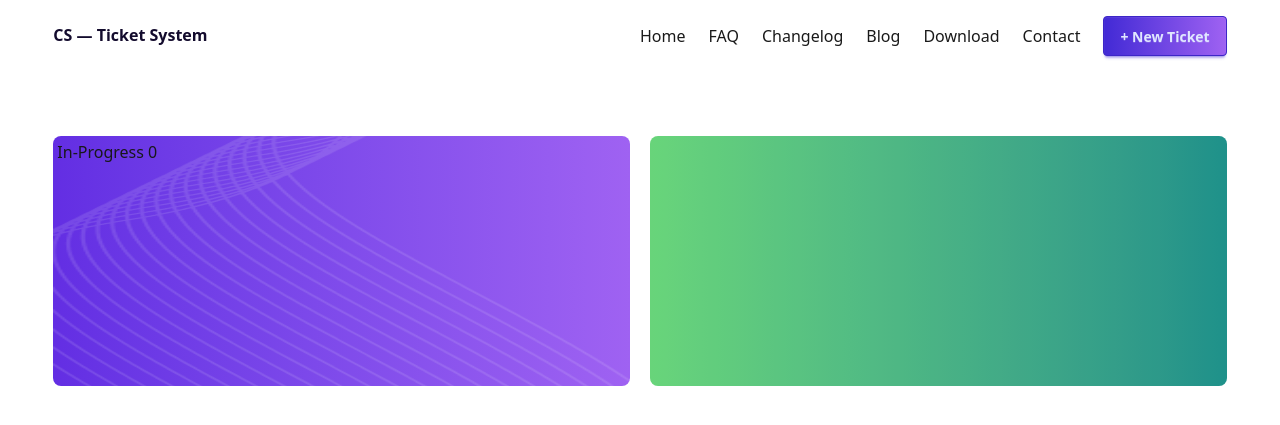
Repository: SanjidaSnigdha/Customer-Support-Zone
Page: /
The author's editor kept a copy of each file at every save. The page is drawn from the files as they stood at one save, then again after the next save.
The browser window is 1280 px wide. The pictures show the whole page.
The project was rebuilt for these pictures with package versions that can differ from the ones it lists, and the page was loaded fresh each time. Also part of the build but not shown: vite.config.js, src/App.css.

Above is the page before, as saved 2026-03-24 02:04:18.

### index.html
<!doctype html>
<html lang="en">
  <head>
    <meta charset="UTF-8" />
    <link rel="icon" type="image/svg+xml" href="/favicon.svg" />
    <meta name="viewport" content="width=device-width, initial-scale=1.0" />
    <title>customer-support-zone</title>
  </head>
  <body>
    <div id="root"></div>
    <script type="module" src="/src/main.jsx"></script>
  </body>
</html>

### src/index.css
 @import "tailwindcss";
 @plugin "daisyui" {
  themes: light --default, dark --prefersdark;
  themes: light --default;
 }

### src/App.jsx
import { useState } from 'react'
import './App.css'
import Navbar from './component/Navbar/Navbar'
import Banner from './component/Banner/Banner'

function App() {
  const [count, setCount] = useState(0)

  return (
    <>
   <Navbar></Navbar>
   <Banner></Banner>
    </>
  )
}

export default App

### src/component/Navbar/Navbar.jsx
import React from 'react';

const Navbar = () => {
    return (
        <div className='flex justify-between w-11/12 mx-auto mt-4'>
            <div className='navbar-start'>
                <h1 className='w-[833px] h-[26px] font-bold text-[#130B2D]'>CS — Ticket System</h1>
            </div>
            <div className='navbar-end justify-between gap-3 text-[#000000]/90'>
                <a>Home</a>
                <a>FAQ</a>
                <a>Changelog</a>
                <a>Blog</a>
                <a>Download</a>
                <a>Contact</a>
         <button className='btn btn-primary bg-gradient-to-r from [#632EE3] to-[#9F62F2]'>+ New Ticket</button>
            </div>
        </div>
    );
};

export default Navbar;

### src/component/Banner/Banner.jsx
import React from 'react';
import vectorImg1 from '../../assets/vector1.png'
import vectorImg2 from '../../assets/vector2.png'

const Banner = () => {
    return (
        <div className='flex justify-between w-11/12 mx-auto mt-20 gap-5'>
            <div className='relative'>
             <img src={vectorImg1} alt="" className=' bg-gradient-to-r from-[#632EE3] to-[#9F62F2] w-[700px] h-[250px] rounded-[8px]'/>
             <p className='absolute inset-1'>In-Progress 0</p>

            </div>
            <img src={vectorImg2} alt="" className='bg-gradient-to-r from-[#54CF68] to-[#00827A] w-[700px] h-[250px] rounded-[8px]'/>
        </div>
    );
};

export default Banner;

Loaded but not shown: src/main.jsx (common file)

After the next save:
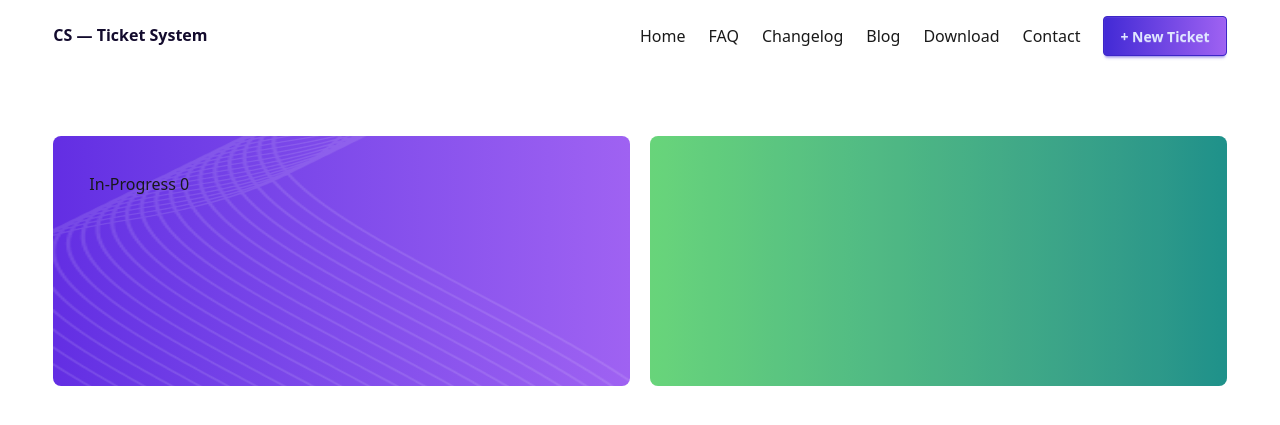
Saved 11 s later.
--- a/src/component/Banner/Banner.jsx
+++ b/src/component/Banner/Banner.jsx
@@ -7,7 +7,7 @@ const Banner = () => {
         <div className='flex justify-between w-11/12 mx-auto mt-20 gap-5'>
             <div className='relative'>
              <img src={vectorImg1} alt="" className=' bg-gradient-to-r from-[#632EE3] to-[#9F62F2] w-[700px] h-[250px] rounded-[8px]'/>
-             <p className='absolute inset-1'>In-Progress 0</p>
+             <p className='absolute inset-9'>In-Progress 0</p>
 
             </div>
             <img src={vectorImg2} alt="" className='bg-gradient-to-r from-[#54CF68] to-[#00827A] w-[700px] h-[250px] rounded-[8px]'/>
